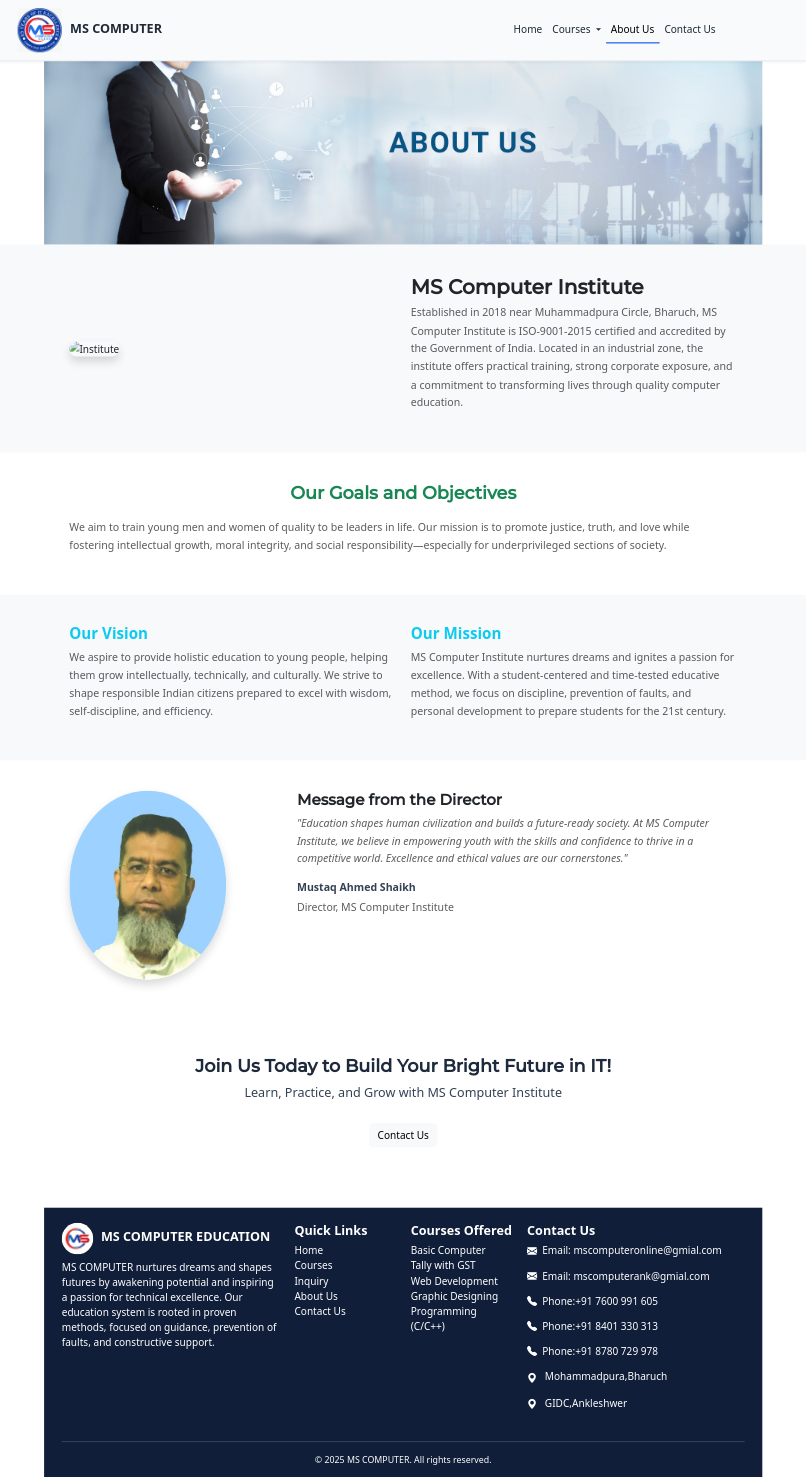
Repository: mscomputer2025/mscomputer
Page: http://localhost/aboutus
The author's editor kept a copy of each file at every save. The page is drawn from the files as they stood at one save, then again after the next save.
The browser window is 1280 px wide. The pictures show the whole page, at 63% of full size.
Some web fonts or font styles are not loaded; a fallback is used. The page is served by the project's Laravel application, run on PHP 8.4 with Laravel 12. Queries for data that is not in the repository find no rows.

Above is the page before, as saved 2025-07-04 17:49:15.

After the next save:
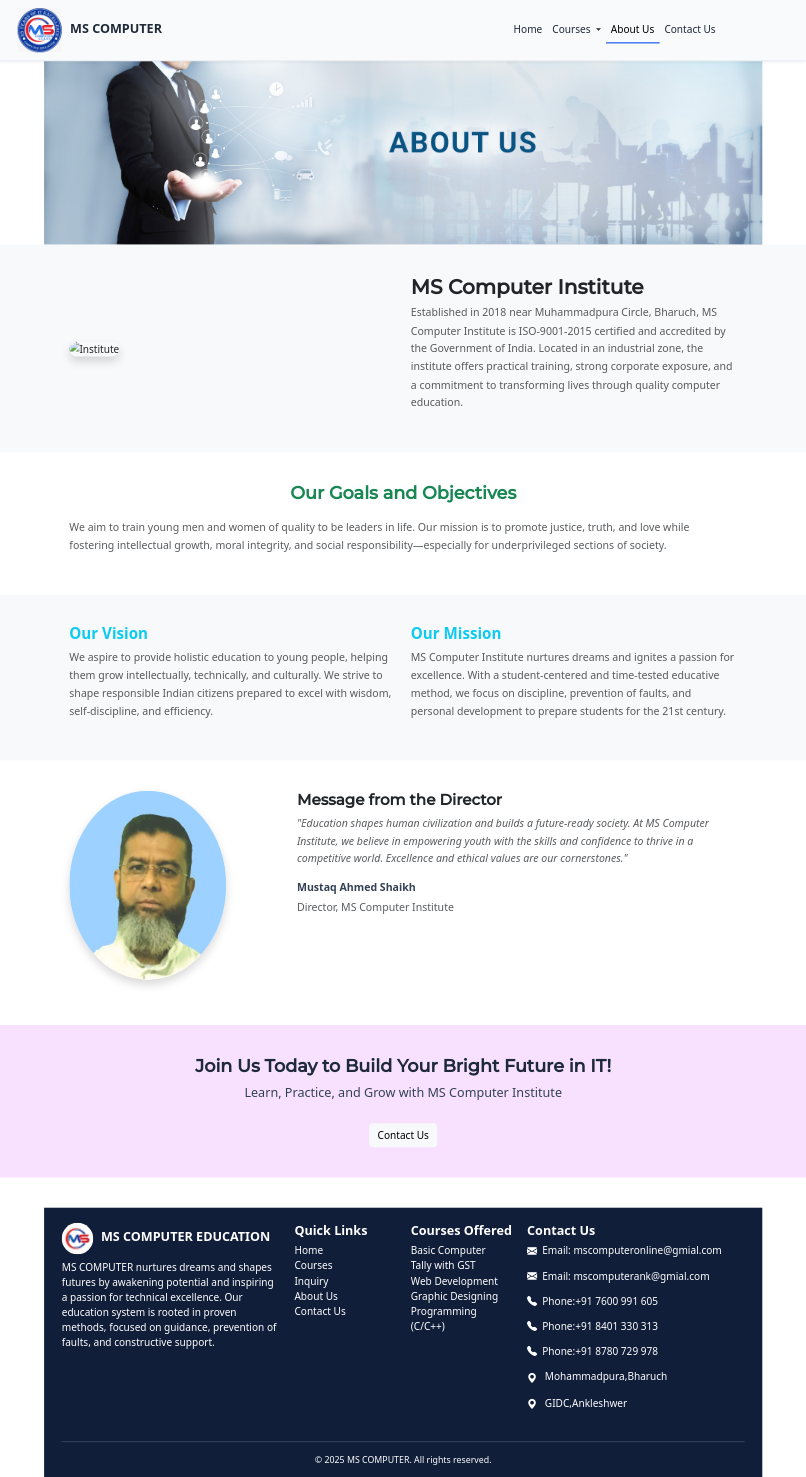
Saved 3 min 57 s later.
--- a/resources/views/aboutus.blade.php
+++ b/resources/views/aboutus.blade.php
@@ -83,7 +83,7 @@
     </section>
 
     <!-- Call to Action -->
-    <section class="py-5  text-white text-center" style="color: rgba(var(--bs-white-rgb), var(--bs-text-opacity)) !important;">
+    <section class="py-5  text-white text-center" style="    background-color: rgb(248 225 255) !important;">
         <div class="container">
             <h3 class="fw-bold mx-3">Join Us Today to Build Your Bright Future in IT!</h3>
             <p class="lead mx-3">Learn, Practice, and Grow with MS Computer Institute</p>

After the 3 saves that followed:
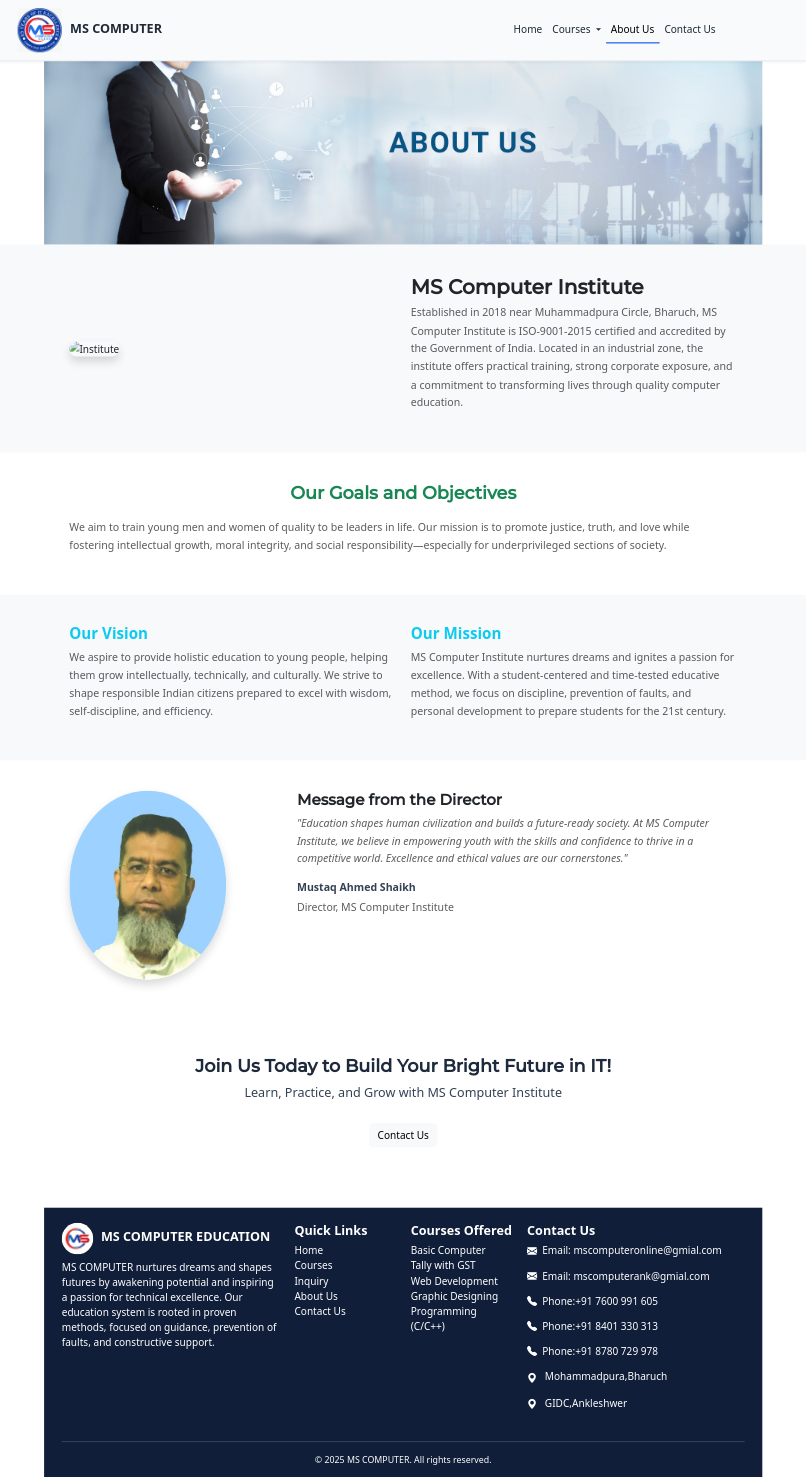
The 3 saves are shown as one change because they came seconds apart.
The last was saved 114 s later.
--- a/resources/views/aboutus.blade.php
+++ b/resources/views/aboutus.blade.php
@@ -83,7 +83,7 @@
     </section>
 
     <!-- Call to Action -->
-    <section class="py-5  text-white text-center" style="    background-color: rgb(248 225 255) !important;">
+    <section class="py-5  text-white text-center" style="color: rgba(var(--bs-white-rgb), var(--bs-text-opacity)) !important;">
         <div class="container">
             <h3 class="fw-bold mx-3">Join Us Today to Build Your Bright Future in IT!</h3>
             <p class="lead mx-3">Learn, Practice, and Grow with MS Computer Institute</p>
